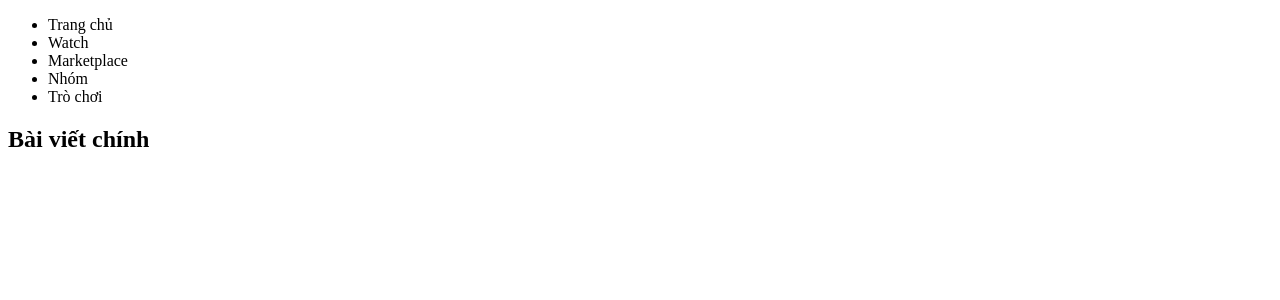
Repository: congle98/CSS_LayoutFacebookCoBan
Page: index.html
These files come from the project's save history. The page is drawn as it stood at one moment and after a run of saves; the edit follows.
The browser window is 1280 px wide. The pictures show the whole page.

Above is the page before, as saved 2021-05-26 15:20:23.

After the next 6 saves:
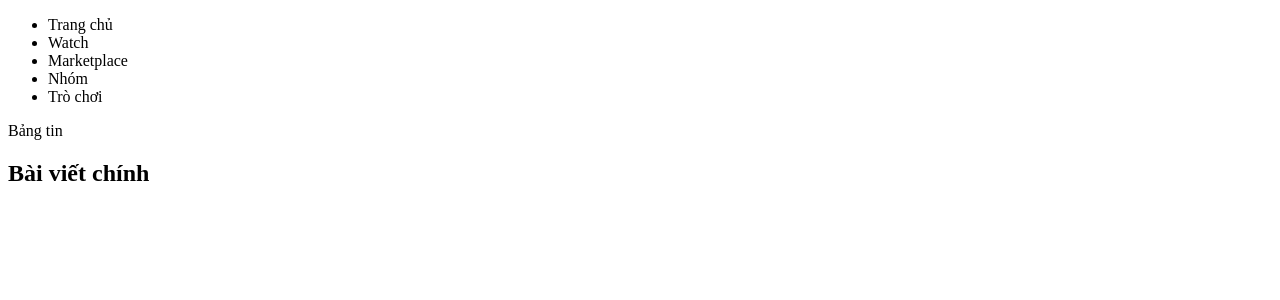
The 6 saves are shown as one change because they came seconds apart.
The last was saved 13 s later.
--- a/index.html
+++ b/index.html
@@ -20,6 +20,9 @@
     </header>
     <section>
         <article>
+            Bảng tin
+        </article>
+        <article>
             <h2>Bài viết chính</h2>
         </article>
     </section>
